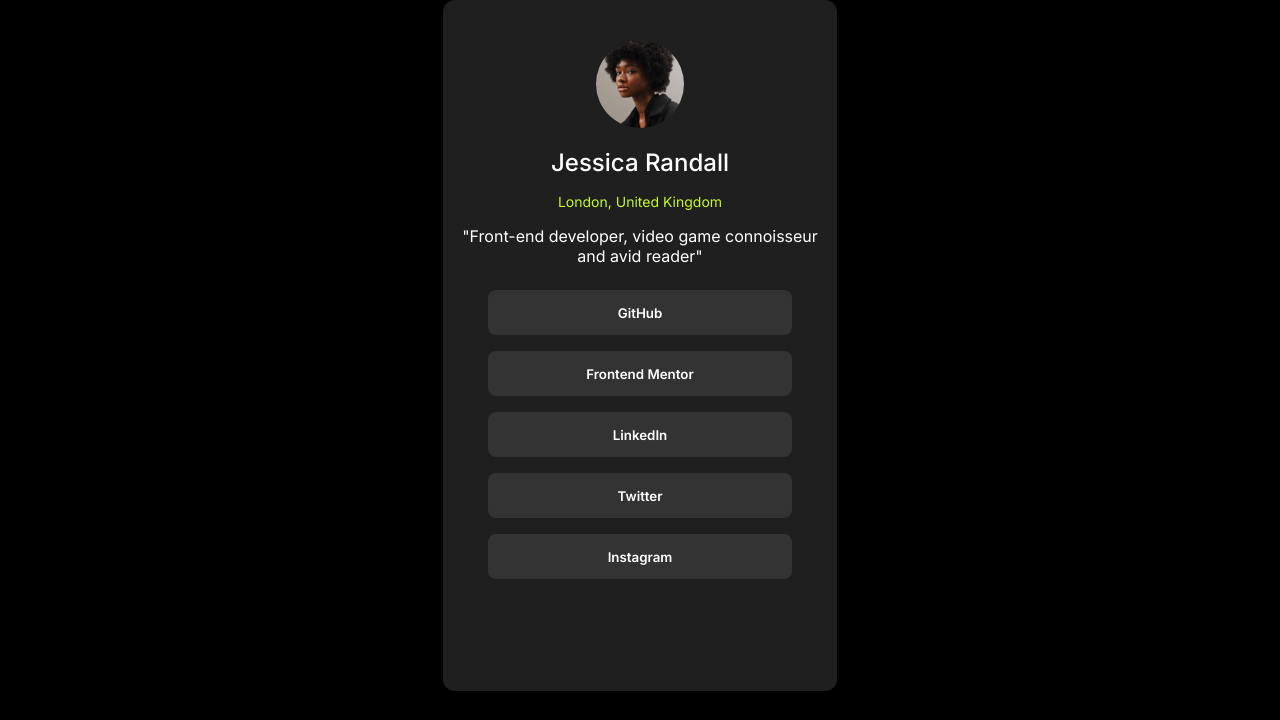
Repository: brandontaylor1/social-links-profile
Page: index.html
These files come from the project's save history. The page is drawn as it stood at one moment and after a run of saves; the edit follows.
The browser window is 1280 px wide. The pictures show the whole page.

Above is the page before, as saved 2024-12-25 17:52:35.

After the next 2 saves:
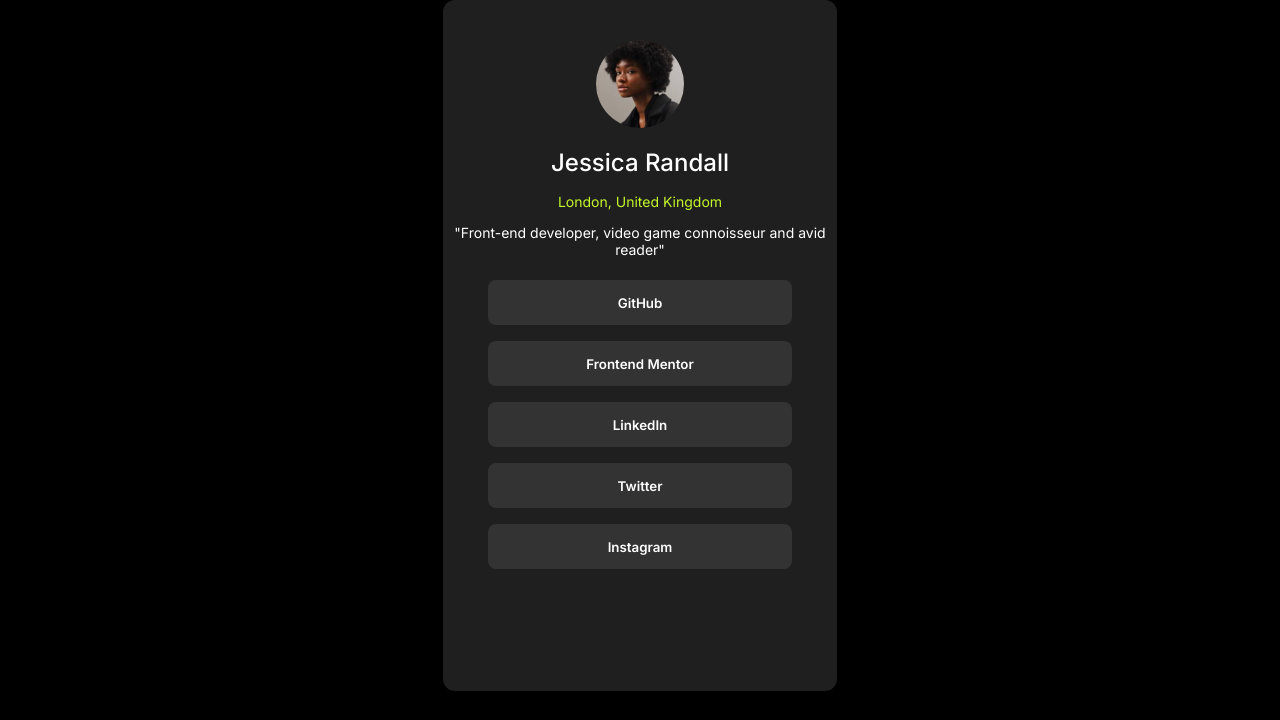
The 2 saves are shown as one change because they came seconds apart.
The last was saved 14 s later.
--- a/styles.css
+++ b/styles.css
@@ -51,6 +51,13 @@ body {
     color: var(--color-green);
 }
 
+.profile-text p {
+    font-size: 14px;
+    font-family: "Inter", sans-serif;
+    font-weight: 400;
+    color: var(--color-white);
+}
+
 
 .social-link-button-container {
     display: flex;
